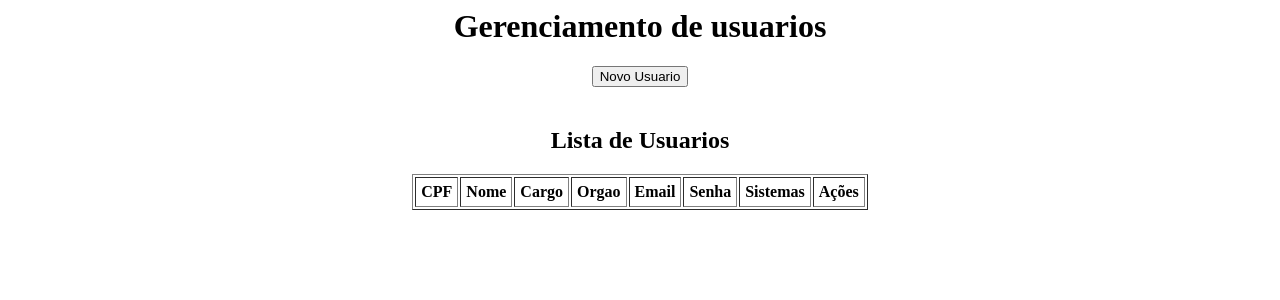
Repository: MarceloLopes22/DesafioInvia
Page: http://localhost/desafioInvia/usuarios.jsp
An editor plug-in stored every save of this project. The page is shown before and after the next save, followed by the edit.
The browser window is 1280 px wide. The pictures show the whole page.
Some web libraries are served in a nearby version. The page is served by Tomcat 9. The template is opened directly, without the code that normally fills it, so the values that code supplies are empty.

Above is the page before, as saved 2020-03-31 03:54:39.

After the next save:
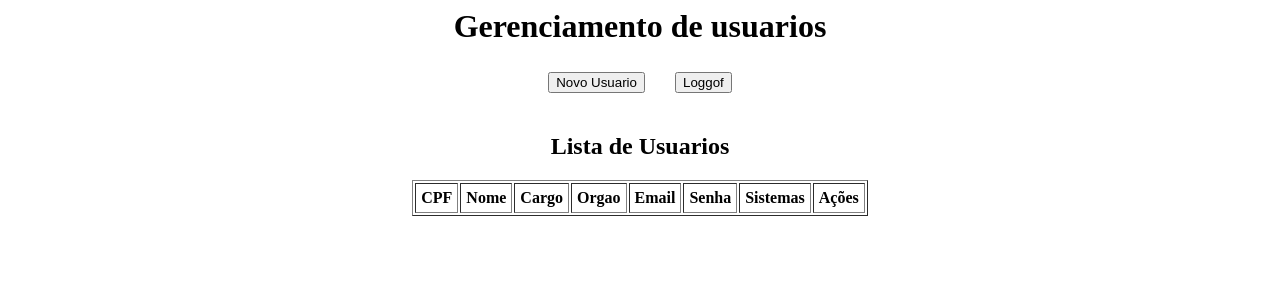
Saved 21 s later.
--- a/workspace/desafioInvia/src/main/webapp/usuarios.jsp
+++ b/workspace/desafioInvia/src/main/webapp/usuarios.jsp
@@ -13,7 +13,8 @@
 			<div align="center">
 				<h1>Gerenciamento de usuarios</h1>
 				<h2>
-					<button id="novo" name="novo" onclick="novo()">Novo Usuario</button>
+					<button id="novo" name="novo" onclick="novo()">Novo Usuario</button>&nbsp;&nbsp;&nbsp;&nbsp;
+					<button id="novo" name="novo" onclick="novo()">Loggof</button>
 				</h2>
 			</div>
 			<div align="center">
